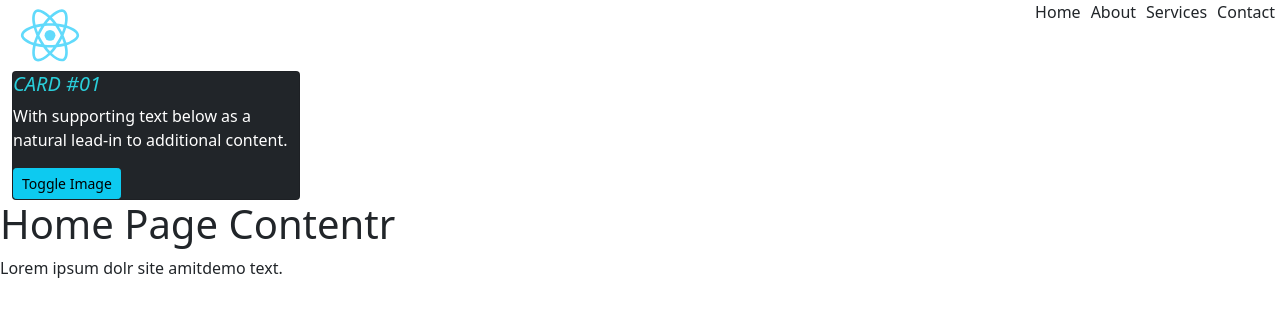
Repository: rudra319/react
Page: /
These files come from the project's save history. The page is drawn as it stood at one moment and after the next save; the edit follows.
The browser window is 1280 px wide. The pictures show the whole page.
The project was rebuilt for these pictures with package versions that can differ from the ones it lists, and the page was loaded fresh each time. Also part of the build but not shown: src/App.css, src/pages/dashboard/Dashboard.css, src/pages/dashboard/Dashboard.jsx.

Above is the page before, as saved 2022-05-17 17:52:28.

### src/App.js
import logo from './logo.svg';
import './App.css';
import Header from './Header';
import { useState } from 'react';
import 'bootstrap/dist/css/bootstrap.min.css';
import Dashboard from './pages/dashboard/Dashboard';
import Chinmayee from './pages/dashboard/Chinmayee';
function App1() {
  const [cPage, setCPage] = useState("home")
  //console.log(cPage)
  return (
    <>
      <div>
        <Header setCPage={setCPage} />
      </div>
      <Chinmayee/>
      {/* <Dashboard /> */}
      {cPage !== "" && (cPage === 'home' || cPage === "Home") && (
        <>
          <h1>Home Page Contentr</h1>
          <p>Lorem ipsum dolr site amitdemo text.</p>
        </>
      )}
      {cPage === 'about' && (
        <>
          <h1>About Page Contentr</h1>
          <p>Lorem ipsum dolr site amitdemo text.</p>
        </>
      )}
      {cPage === 'products' && (
        <>
          <h1>Products Page Contentr</h1>
          <p>Lorem ipsum dolr site amitdemo text.</p>
        </>
      )}
      {cPage === 'services' && (
        <>
          <h1>Services Page Contentr</h1>
          <p>Lorem ipsum dolr site amitdemo text.</p>
        </>
      )}
      {cPage === 'contact' && (
        <>
          <h1>Contact Page Contentr</h1>
          <p>Lorem ipsum dolr site amitdemo text.</p>
        </>
      )}
    </>
  );
}

export default App1;

### src/Header.js
import React, {useState, useEffect} from 'react';
import logo from './logo.svg';
import Menu from './Menu';

function Header({setCPage = () => {}}) {

  // const [name, setName] = useState("");
  // let nameVar = "CSM Admin nameVar";
  // useEffect(() => {
  //   setName("CSM Admin name")
  //   nameVar = "Test"
  // },[]);


  return (
    <div>
      <a><img style={{width:'100px'}} src={logo} /></a>
      <Menu setCPage={setCPage} />
    </div>
  );
}

export default Header;

### src/pages/dashboard/Chinmayee.jsx
import React, { useState } from 'react';
import {Button, Container, Row, Col, Card, CardGroup, CardImg} from 'react-bootstrap';
import Button1 from 'react-bootstrap/Button';
import CardHeader from 'react-bootstrap/esm/CardHeader';
import './Chinmayee.css';
import logo from '../../logo.svg';

export default function Chinmayee (){

const [show, setShow] = useState(false);


    return(
        <Container fluid>
            {/* <h1 className={flag ? "heading":'heading1'}>Chinmayee</h1>
            <Button variant="danger" onClick={()=>setFlag(!flag)}>Click</Button>
            <Button1 variant="danger" onClick={()=>setFlag(!flag)}>Click</Button1>
     */}
            <Row>
                <Col>
                    <Card className="bg-dark text-white" style={{width: "18rem"}}  >
                        <CardGroup>

                            <h5 className="card-title">card #01 </h5>
                            {show === true && (
                                <>
                            <CardImg src={logo}>

                            </CardImg>
                            </>)}
                            <p className="card-text">With supporting text below as a natural lead-in to additional content.</p>
                            <Button variant="info" className="btn-sm" onClick={() => setShow(!show)} >Toggle Image</Button>
                        </CardGroup>

                    </Card>



                </Col>

                <Col>
                {/* <div class="card" style="width: 18rem;">
<div class="card-body">
<h5 class="card-title">Special title treatment</h5>
<p class="card-text">With supporting text below as a natural lead-in to additional content.</p>
<a href="#" class="btn btn-primary">Go somewhere</a>
</div>
</div>
                 */}
                </Col>
            </Row>
</Container>
    )

};

### src/Menu.js
import MenuItem from './MenuItem';

function Menu({setCPage = () => {}}) {
  const menuData = [
    { label:"Home", link:"home"},
    { label:"About", link:"about"},
    { label:"Products"},
    { label:"Services", link:"services"},
    { label:"Contact", link:"contact"}
  ];

  return (
      <ul style={{float:'right', listStyle:'none'}}>
        {
          menuData && menuData !== [] && menuData.length > 0 && menuData.map((menuItem)=>{
            if(menuItem.link){
              return(<MenuItem menuItem={menuItem} setCPage={setCPage} />)
            }
          })
        }
      </ul>
  );
}

export default Menu;

### src/pages/dashboard/Chinmayee.css
.card-title{
    color: rgb(42, 206, 218);
    font-style: italic;
    text-transform: uppercase;
}

### src/MenuItem.js
import logo from './logo.svg';
import { useEffect } from 'react';

function MenuItem({menuItem = {}, setCPage = () => {}}) {
  const {label, link} = menuItem;

  const handleSetCPage = (e) => {
    if(e.target){
        setCPage(e.target.name);
    }
  }
  return (
    <>
      <li style={{display:'inline-block', margin: '0 5px'}}>
        <a onClick={(e)=>handleSetCPage(e)} name={link}>{label}</a>
      </li>
    </>
  );
}

export default MenuItem;

Loaded but not shown: public/index.html (common file); src/index.js (common file); src/index.css (common file); src/reportWebVitals.js (common file)

After the next save:
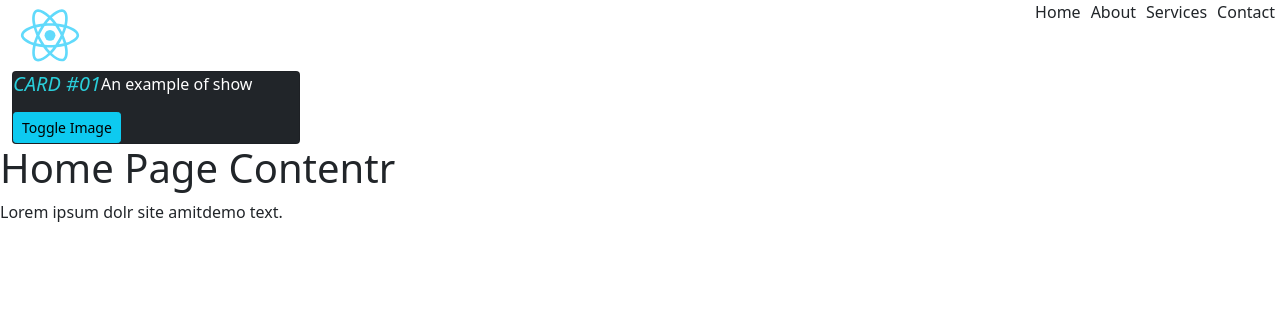
Saved 45 s later.
--- a/src/pages/dashboard/Chinmayee.jsx
+++ b/src/pages/dashboard/Chinmayee.jsx
@@ -28,7 +28,7 @@
 
                             </CardImg>
                             </>)}
-                            <p className="card-text">With supporting text below as a natural lead-in to additional content.</p>
+                            <p className="card-text">An example of show</p>
                             <Button variant="info" className="btn-sm" onClick={() => setShow(!show)} >Toggle Image</Button>
                         </CardGroup>
 
